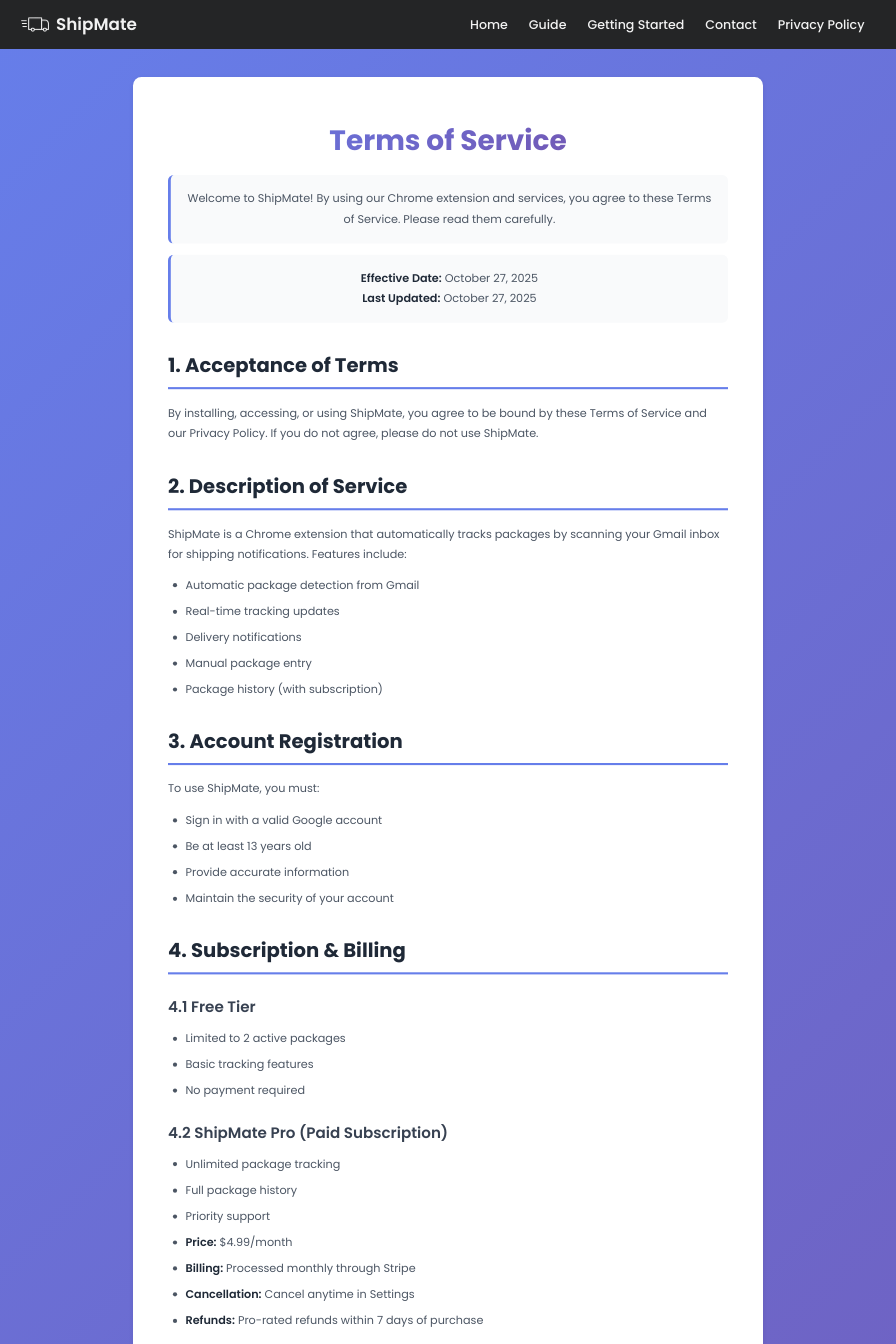
Repository: epeguero8311/shipmate-website
Page: terms.html
These files come from the project's save history. The page is drawn as it stood at one moment and after the next save; the edit follows.
The browser window is 1280 px wide. The pictures show the part of the page from y = 0 to 1920 px (the page is 4852 px tall), at 70% of full size.

Above is the page before, as saved 2025-12-13 15:31:24.

### terms.html
<!DOCTYPE html>
<html lang="en">
<head>
  <meta charset="UTF-8">
  <meta name="viewport" content="width=device-width, initial-scale=1.0">
  <title>ShipMate – Terms of Service</title>
  <link rel="icon" href="assets/icons/icon.png" type="image/png" />
  <link href="https://fonts.googleapis.com/css2?family=Poppins:wght@200;300;400;500;600;700&display=swap" rel="stylesheet">
  <link rel="stylesheet" href="https://cdnjs.cloudflare.com/ajax/libs/font-awesome/5.15.3/css/all.min.css"/>
  <link rel="stylesheet" href="styles/styles.css">
  <style>
    /* Legal Page Specific Styles */
    .legal-content {
      max-width: 900px;
      margin: 40px auto;
      background: white;
      padding: 60px 50px;
      box-shadow: 0 2px 8px rgba(0, 0, 0, 0.08);
      border-radius: 12px;
    }

    .legal-content h1 {
      font-size: 2.5rem;
      font-weight: 700;
      color: #111827;
      margin-bottom: 20px;
      text-align: center;
      background: linear-gradient(135deg, #667eea 0%, #764ba2 100%);
      -webkit-background-clip: text;
      -webkit-text-fill-color: transparent;
      background-clip: text;
    }

    .legal-content h2 {
      font-size: 1.75rem;
      font-weight: 700;
      color: #1F2937;
      margin-top: 40px;
      margin-bottom: 20px;
      padding-bottom: 10px;
      border-bottom: 3px solid #667eea;
    }

    .legal-content h3 {
      font-size: 1.35rem;
      font-weight: 600;
      color: #374151;
      margin-top: 30px;
      margin-bottom: 15px;
    }

    .legal-content p {
      font-size: 1rem;
      color: #4B5563;
      margin-bottom: 16px;
      line-height: 1.8;
    }

    .legal-content ul,
    .legal-content ol {
      margin-left: 25px;
      margin-bottom: 20px;
      color: #4B5563;
    }

    .legal-content li {
      margin-bottom: 10px;
      line-height: 1.7;
    }

    .legal-content strong {
      color: #1F2937;
      font-weight: 600;
    }

    .intro {
      font-size: 1.1rem;
      color: #6B7280;
      text-align: center;
      margin-bottom: 30px;
      padding: 20px;
      background: #F9FAFB;
      border-radius: 8px;
      border-left: 4px solid #667eea;
    }

    section {
      margin-bottom: 40px;
    }

    .legal-content a {
      color: #667eea;
      text-decoration: none;
      font-weight: 500;
      transition: all 0.2s ease;
    }

    .legal-content a:hover {
      color: #764ba2;
      text-decoration: underline;
    }

    .last-updated {
      text-align: center;
      font-style: italic;
      color: #9CA3AF;
      font-size: 0.95rem;
      margin-top: 50px;
      padding-top: 30px;
      border-top: 2px solid #E5E7EB;
    }

    .legal-content ol {
      counter-reset: item;
      list-style-type: none;
      margin-left: 0;
      padding-left: 0;
    }

    .legal-content ol > li {
      counter-increment: item;
      padding-left: 35px;
      position: relative;
    }

    .legal-content ol > li:before {
      content: counter(item) ".";
      position: absolute;
      left: 0;
      top: 0;
      color: #667eea;
      font-weight: 700;
      font-size: 1.1rem;
    }

    @media (max-width: 768px) {
      .legal-content {
        padding: 40px 25px;
        margin: 20px 15px;
      }

      .legal-content h1 {
        font-size: 2rem;
      }

      .legal-content h2 {
        font-size: 1.5rem;
      }

      .legal-content h3 {
        font-size: 1.2rem;
      }
    }

    @media (max-width: 480px) {
      .legal-content {
        padding: 30px 20px;
        margin: 15px 10px;
      }

      .legal-content h1 {
        font-size: 1.75rem;
      }

      .legal-content h2 {
        font-size: 1.35rem;
      }

      .legal-content h3 {
        font-size: 1.1rem;
      }

      .legal-content p,
      .legal-content li {
        font-size: 0.95rem;
      }

      .intro {
        font-size: 1rem;
        padding: 15px;
      }
    }
  </style>
</head>
<body>

  <!-- NAVIGATION -->
  <nav>
    <div class="wrapper">
      <div class="logo">
        <a href="index.html">
          <img src="assets/icons/icon.png" alt="ShipMate Logo" class="nav-logo-img" />
          ShipMate
        </a>
      </div>
      <input type="radio" name="slider" id="menu-btn">
      <input type="radio" name="slider" id="close-btn">
      <ul class="nav-links">
        <label for="close-btn" class="btn close-btn"><i class="fas fa-times"></i></label>
        <li><a href="index.html">Home</a></li>
        <li><a href="gmail-package-tracker.html">Guide</a></li>
        <li><a href="help.html">Getting Started</a></li>
        <li><a href="contact.html">Contact</a></li>
        <li><a href="privacy.html">Privacy Policy</a></li>
      </ul>
      <label for="menu-btn" class="btn menu-btn"><i class="fas fa-bars"></i></label>
    </div>
  </nav>

  <main class="legal-content">
    <h1>Terms of Service</h1>
    <p class="intro">
      Welcome to ShipMate! By using our Chrome extension and services, you agree to these Terms of Service. Please read them carefully.
    </p>
    <p class="intro">
      <strong>Effective Date:</strong> October 27, 2025<br>
      <strong>Last Updated:</strong> October 27, 2025
    </p>

    <section>
      <h2>1. Acceptance of Terms</h2>
      <p>By installing, accessing, or using ShipMate, you agree to be bound by these Terms of Service and our Privacy Policy. If you do not agree, please do not use ShipMate.</p>
    </section>

    <section>
      <h2>2. Description of Service</h2>
      <p>ShipMate is a Chrome extension that automatically tracks packages by scanning your Gmail inbox for shipping notifications. Features include:</p>
      <ul>
        <li>Automatic package detection from Gmail</li>
        <li>Real-time tracking updates</li>
        <li>Delivery notifications</li>
        <li>Manual package entry</li>
        <li>Package history (with subscription)</li>
      </ul>
    </section>

    <section>
      <h2>3. Account Registration</h2>
      <p>To use ShipMate, you must:</p>
      <ul>
        <li>Sign in with a valid Google account</li>
        <li>Be at least 13 years old</li>
        <li>Provide accurate information</li>
        <li>Maintain the security of your account</li>
      </ul>
    </section>

    <section>
      <h2>4. Subscription & Billing</h2>

      <h3>4.1 Free Tier</h3>
      <ul>
        <li>Limited to 2 active packages</li>
        <li>Basic tracking features</li>
        <li>No payment required</li>
      </ul>

      <h3>4.2 ShipMate Pro (Paid Subscription)</h3>
      <ul>
        <li>Unlimited package tracking</li>
        <li>Full package history</li>
        <li>Priority support</li>
        <li><strong>Price:</strong> $4.99/month</li>
        <li><strong>Billing:</strong> Processed monthly through Stripe</li>
        <li><strong>Cancellation:</strong> Cancel anytime in Settings</li>
        <li><strong>Refunds:</strong> Pro-rated refunds within 7 days of purchase</li>
      </ul>

      <h3>4.3 Auto-Renewal</h3>
      <p>Subscriptions automatically renew monthly unless canceled. You will be charged at the beginning of each billing period.</p>
    </section>

    <section>
      <h2>5. Acceptable Use</h2>
      <p>You agree NOT to:</p>
      <ul>
        <li>Use ShipMate for any unlawful purpose</li>
        <li>Attempt to reverse-engineer, decompile, or hack the extension</li>
        <li>Use automated systems to abuse our services</li>
        <li>Violate Gmail API Terms of Service</li>
        <li>Share your account credentials with others</li>
        <li>Use ShipMate to spam or harass others</li>
      </ul>
    </section>

    <section>
      <h2>6. Gmail Access & Permissions</h2>
      <p>ShipMate requires Gmail access to function. By using ShipMate:</p>
      <ul>
        <li>You authorize ShipMate to scan your Gmail for shipping notifications</li>
        <li>You acknowledge we only access shipping-related emails</li>
        <li>You can revoke access at any time through Google Account settings</li>
        <li>You agree to Google's Terms of Service and API User Data Policy</li>
      </ul>
    </section>

    <section>
      <h2>7. Intellectual Property</h2>
      <p>ShipMate, including all content, features, and functionality, is owned by ShipMate and is protected by copyright, trademark, and other intellectual property laws.</p>
    </section>

    <section>
      <h2>8. Disclaimer of Warranties</h2>
      <p>ShipMate is provided "AS IS" without warranties of any kind, either express or implied, including but not limited to:</p>
      <ul>
        <li>Accuracy of tracking information</li>
        <li>Uninterrupted or error-free service</li>
        <li>Compatibility with all devices or browsers</li>
      </ul>
      <p>We rely on third-party carriers for tracking data and cannot guarantee its accuracy.</p>
    </section>

    <section>
      <h2>9. Limitation of Liability</h2>
      <p>To the fullest extent permitted by law, ShipMate shall not be liable for any indirect, incidental, special, or consequential damages, including but not limited to:</p>
      <ul>
        <li>Lost packages or deliveries</li>
        <li>Missed delivery notifications</li>
        <li>Data loss or corruption</li>
        <li>Business interruption</li>
      </ul>
      <p>Our total liability shall not exceed the amount you paid for ShipMate in the past 12 months.</p>
    </section>

    <section>
      <h2>10. Termination</h2>
      <p>We reserve the right to suspend or terminate your access to ShipMate at any time for:</p>
      <ul>
        <li>Violation of these Terms</li>
        <li>Fraudulent activity</li>
        <li>Abusive behavior</li>
        <li>Non-payment (for Pro subscribers)</li>
      </ul>
      <p>You may terminate your account at any time by uninstalling the extension and requesting data deletion.</p>
    </section>

    <section>
      <h2>11. Changes to Terms</h2>
      <p>We may update these Terms from time to time. Changes will be posted with a new "Last Updated" date. Continued use after changes constitutes acceptance of the new Terms.</p>
    </section>

    <section>
      <h2>12. Governing Law</h2>
      <p>These Terms shall be governed by and construed in accordance with the laws of the United States, without regard to its conflict of law provisions.</p>
    </section>

    <section>
      <h2>13. Contact Us</h2>
      <p>Questions about these Terms?</p>
      <ul>
        <li><strong>Email:</strong> <a href="mailto:shipmateextension@gmail.com">shipmateextension@gmail.com</a></li>
        <li><strong>Website:</strong> <a href="index.html">shipmatetracker.com</a></li>
      </ul>
    </section>

    <p class="last-updated"><em>Last Updated: October 27, 2025</em></p>
  </main>

  <footer class="footer">
    <div class="footer-container">
      <p>
        &copy; 2025 ShipMate. All rights reserved. |
        <a href="terms.html" class="link">Terms</a> |
        <a href="privacy.html" class="link">Privacy</a> |
        <a href="help.html" class="link">Help</a> |
        Contact: shipmateextension@gmail.com
      </p>
    </div>
  </footer>

  <!-- Theme Detection Script -->
  <script src="theme-handler.js"></script>

</body>
</html>

### styles/styles.css
@import url('https://fonts.googleapis.com/css2?family=Poppins:wght@200;300;400;500;600;700&display=swap');

* {
  margin: 0;
  padding: 0;
  box-sizing: border-box;
}

html {
  scroll-behavior: smooth;
  -ms-overflow-style: none;
  scrollbar-width: none;
}

html::-webkit-scrollbar { display: none; }

body {
  background: linear-gradient(135deg, #667eea 0%, #764ba2 100%);
  margin: 0;
  font-family: 'Poppins', sans-serif;
  -webkit-font-smoothing: antialiased;
  color: #333;
  padding-top: 70px;
}

nav{
  position: fixed;
  z-index: 99;
  width: 100%;
  top: 0;
  background: #242526;
}
nav .wrapper{
  position: relative;
  max-width: 1300px;
  padding: 0px 30px;
  height: 70px;
  line-height: 70px;
  margin: auto;
  display: flex;
  align-items: center;
  justify-content: space-between;
}
.wrapper .logo a{
  color: #f2f2f2;
  font-size: 24px;
  font-weight: 600;
  text-decoration: none;
  display: flex;
  align-items: center;
  gap: 10px;
}
.nav-logo-img{
  width: 40px;
  height: 40px;
  border-radius: 8px;
}
.wrapper .nav-links{
  display: inline-flex;
}
.nav-links li{
  list-style: none;
}
.nav-links li a{
  color: #f2f2f2;
  text-decoration: none;
  font-size: 18px;
  font-weight: 500;
  padding: 9px 15px;
  border-radius: 5px;
  transition: all 0.3s ease;
}
.nav-links li a:hover{
  background: #3A3B3C;
}
.nav-links .mobile-item{
  display: none;
}
.wrapper .btn{
  color: #fff;
  font-size: 20px;
  cursor: pointer;
  display: none;
}
.wrapper .btn.close-btn{
  position: absolute;
  right: 30px;
  top: 10px;
}

@media screen and (max-width: 970px) {
  .wrapper .btn{
    display: block;
  }
  .wrapper .nav-links{
    position: fixed;
    height: 100vh;
    width: 100%;
    max-width: 350px;
    top: 0;
    left: -100%;
    background: #242526;
    display: block;
    padding: 50px 10px;
    line-height: 50px;
    overflow-y: auto;
    box-shadow: 0px 15px 15px rgba(0,0,0,0.18);
    transition: all 0.3s ease;
  }
  ::-webkit-scrollbar {
    width: 10px;
  }
  ::-webkit-scrollbar-track {
    background: #242526;
  }
  ::-webkit-scrollbar-thumb {
    background: #3A3B3C;
  }
  #menu-btn:checked ~ .nav-links{
    left: 0%;
  }
  #menu-btn:checked ~ .btn.menu-btn{
    display: none;
  }
  #close-btn:checked ~ .btn.menu-btn{
    display: block;
  }
  .nav-links li{
    margin: 15px 10px;
  }
  .nav-links li a{
    padding: 0 20px;
    display: block;
    font-size: 20px;
  }
  .nav-links .desktop-item{
    display: none;
  }
  .nav-links .mobile-item{
    display: block;
    color: #f2f2f2;
    font-size: 20px;
    font-weight: 500;
    padding-left: 20px;
    cursor: pointer;
    border-radius: 5px;
    transition: all 0.3s ease;
  }
  .nav-links .mobile-item:hover{
    background: #3A3B3C;
  }
}
nav input{
  display: none;
}

.header {
  background: linear-gradient(135deg, #667eea 0%, #764ba2 100%);
  color: white;
  padding: 4rem 0;
  text-align: center;
}

.header-container {
  max-width: 100%;
  padding: 0 1rem;
  padding-bottom: 2.5rem;
}

.header-logo-title {
  display: flex;
  align-items: center;
  justify-content: center;
  gap: 1rem;
  flex-wrap: wrap;
}

.header-logo {
  width: 60px;
  height: 60px;
  border-radius: 12px;
}

.header-title {
  font-size: 2.25rem;
  font-weight: 800;
  letter-spacing: -0.025em;
  animation: fadeIn 1s forwards;
}

@media (min-width: 768px) {
  .header-title { font-size: 3rem; }
}

.header-subtitle {
  margin-top: 1rem;
  font-size: 1.125rem;
  color: #DBEAFE;
  max-width: 32rem;
  margin-left: auto;
  margin-right: auto;
}

@media (min-width: 768px) {
  .header-subtitle { font-size: 1.25rem; }
}

.header-buttons {
  display: flex;
  gap: 12px;
  justify-content: center;
  align-items: center;
  flex-wrap: wrap;
  margin-top: 20px;
}

.btn {
  display: inline-block;
  font-weight: 600;
  padding: 0.75rem 2rem;
  border-radius: 9999px;
  text-decoration: none;
  transition: all 0.3s ease;
  font-size: 1rem;
}

.btn-primary {
  background-color: white;
  color: #2563EB;
}

.btn-primary:hover {
  transform: scale(1.05);
  background-color: #EFF6FF;
  box-shadow: 0 4px 12px rgba(37, 99, 235, 0.2);
}

.btn-secondary {
  background: transparent;
  color: #ffffff;
  border: 2px solid #ececec;
  padding: 0.75rem 2rem;
  border-radius: 9999px;
  font-weight: 600;
  font-size: 1rem;
  text-decoration: none;
}

.btn-secondary:hover {
  background: #667eea;
  color: white;
  transform: translateY(-2px);
  box-shadow: 0 4px 12px rgba(102, 126, 234, 0.3);
}

.btn2 {
  display: inline-block;
  font-weight: 600;
  padding: 0.85rem 2.2rem;
  border-radius: 9999px;
  text-decoration: none;
  transition: all 0.3s ease;
  font-size: 1rem;
  border: 2.5px solid transparent;
}

.btn2-primary {
  background: white;
  color: #0051ff;
  border: 2.5px solid #0051ff;
  box-shadow: 0 2px 8px rgba(0, 81, 255, 0.15);
}

.btn2-primary:hover {
  background: #f0f5ff;
  border-color: #0044cc;
  transform: translateY(-2px) scale(1.03);
  box-shadow: 0 6px 16px rgba(0, 81, 255, 0.25);
}

.section, .section-alt, .cta {
  padding: 5rem 0;
}

.section { background-color: white; }
.section-alt { background-color: #F9FAFB; }

.section-container, .cta-container {
  max-width: 100%;
  padding: 0 1rem;
  margin: 0 auto;
}

.section-title {
  font-size: 1.875rem;
  font-weight: 700;
  color: #111827;
  text-align: center;
  margin-bottom: 3rem;
  animation: fadeIn 1s forwards;
}

@media (min-width: 768px) {
  .section-title { font-size: 2.25rem; }
}

.section-subtitle {
  text-align: center;
  color: #6B7280;
  margin-bottom: 3rem;
  max-width: 48rem;
  margin-left: auto;
  margin-right: auto;
  font-size: 1.125rem;
}

.grid {
  display: grid;
  gap: 2rem;
  padding: 0 1rem;
}

@media (min-width: 768px) {
  .grid { grid-template-columns: repeat(3, 1fr); }
}

.grid-screenshots {
  display: grid;
  gap: 2rem;
  padding: 0 1rem;
}

@media (min-width: 768px) {
  .grid-screenshots { grid-template-columns: repeat(3, 1fr); }
}

@media (max-width: 767px) {
  .grid-screenshots { grid-template-columns: 1fr; }
}

.card {
  text-align: center;
  padding: 1.5rem;
  background-color: #F9FAFB;
  border-radius: 0.5rem;
  box-shadow: 0 1px 3px rgba(0, 0, 0, 0.1);
  transition: transform 0.3s ease;
}

.card:hover { transform: scale(1.05); }

.card-title {
  font-size: 1.25rem;
  font-weight: 600;
  color: #1F2937;
  margin: 1rem 0 0.5rem;
}

.card-text { color: #6B7280; }

.screenshot-img {
  width: 300px;
  height: auto;
  border-radius: 0.5rem;
  margin-bottom: 1rem;
  border: 3px solid transparent;
  padding: 4px;
  box-sizing: border-box;
}
.table-wrapper {
  overflow-x: auto;
  padding: 0 1rem;
  margin: 2rem 0;
}

.table {
  width: 100%;
  max-width: 64rem;
  margin: 0 auto;
  background-color: white;
  border-radius: 0.5rem;
  box-shadow: 0 1px 3px rgba(0, 0, 0, 0.1);
  border-collapse: collapse;
}

.table-header {
  background: linear-gradient(135deg, #667eea 0%, #764ba2 100%);
  color: white;
}

.table th, .table td {
  padding: 1.2rem 1.5rem;
  text-align: center;
  font-size: 0.925rem;
  font-weight: 500;
}

.table th { text-align: left; }

.table tbody tr:nth-child(even) {
  background-color: #f9fafc;
}

.table tbody tr:hover {
  background-color: #f1f5f9;
}
.cta {
  background: linear-gradient(135deg, #667eea 0%, #764ba2 100%);
  color: white;
  text-align: center;
}

.cta .section-title { color: white; }
.cta .section-subtitle { color: #DBEAFE; }

.footer {
  background-color: #111827;
  color: white;
  text-align: center;
  padding: 2rem 1rem;
  font-size: 0.9rem;
}

.footer-container { max-width: 100%; padding: 0 1rem; }

.link {
  color: #D1D5DB;
  text-decoration: underline;
}

.link:hover { color: white; }
.fade-in {
  opacity: 0;
  animation: fadeIn 1s forwards;
}

@keyframes fadeIn {
  to { opacity: 1; }
}

### theme-handler.js
// Theme Detection and Favicon Switching for ShipMate
(function() {
  // Define icon paths
  const icons = {
    light: 'assets/icons/iconBlack.png',  // Black icon for light theme
    dark: 'assets/icons/icon.png'          // White icon for dark theme
  };

  // Function to update favicon only based on theme
  function updateFavicon(isDark) {
    const iconPath = isDark ? icons.dark : icons.light;

    // Update favicon only
    const favicon = document.querySelector('link[rel="icon"]');
    if (favicon) {
      favicon.href = iconPath;
    }
  }

  // Function to detect and apply theme
  function detectAndApplyTheme() {
    // Check if user prefers dark mode
    const prefersDark = window.matchMedia('(prefers-color-scheme: dark)').matches;
    updateFavicon(prefersDark);
  }

  // Run on page load
  detectAndApplyTheme();

  // Listen for theme changes
  const darkModeMediaQuery = window.matchMedia('(prefers-color-scheme: dark)');

  // Modern way (addEventListener)
  if (darkModeMediaQuery.addEventListener) {
    darkModeMediaQuery.addEventListener('change', (e) => {
      updateFavicon(e.matches);
    });
  }
  // Fallback for older browsers
  else if (darkModeMediaQuery.addListener) {
    darkModeMediaQuery.addListener((e) => {
      updateFavicon(e.matches);
    });
  }

  // Optional: Log current theme (for debugging)
  console.log('ShipMate Favicon Theme:', darkModeMediaQuery.matches ? 'Dark' : 'Light');
})();

After the next save:
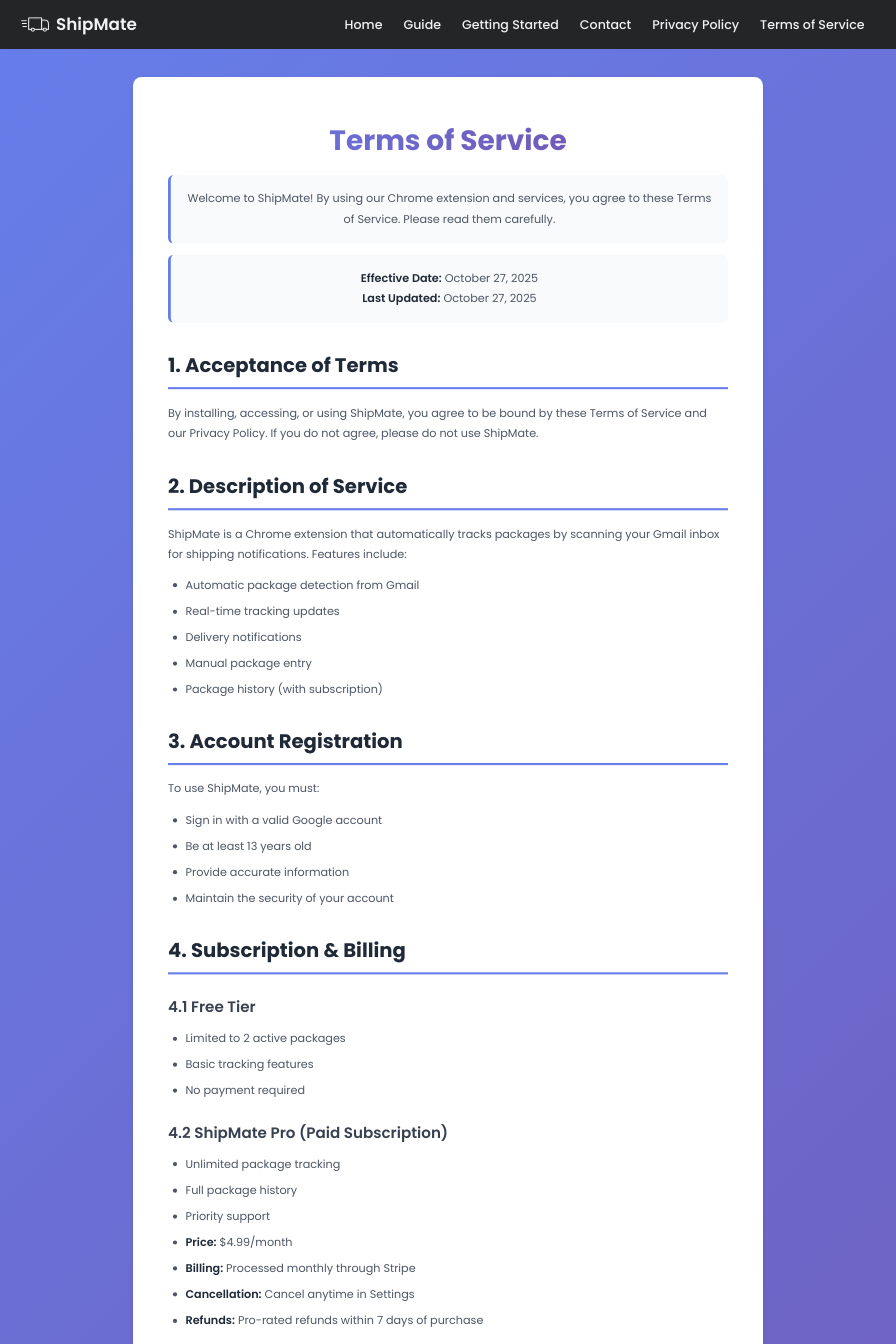
Saved 2 s later.
--- a/terms.html
+++ b/terms.html
@@ -202,6 +202,7 @@
         <li><a href="help.html">Getting Started</a></li>
         <li><a href="contact.html">Contact</a></li>
         <li><a href="privacy.html">Privacy Policy</a></li>
+        <li><a href="terms.html">Terms of Service</a></li>
       </ul>
       <label for="menu-btn" class="btn menu-btn"><i class="fas fa-bars"></i></label>
     </div>
